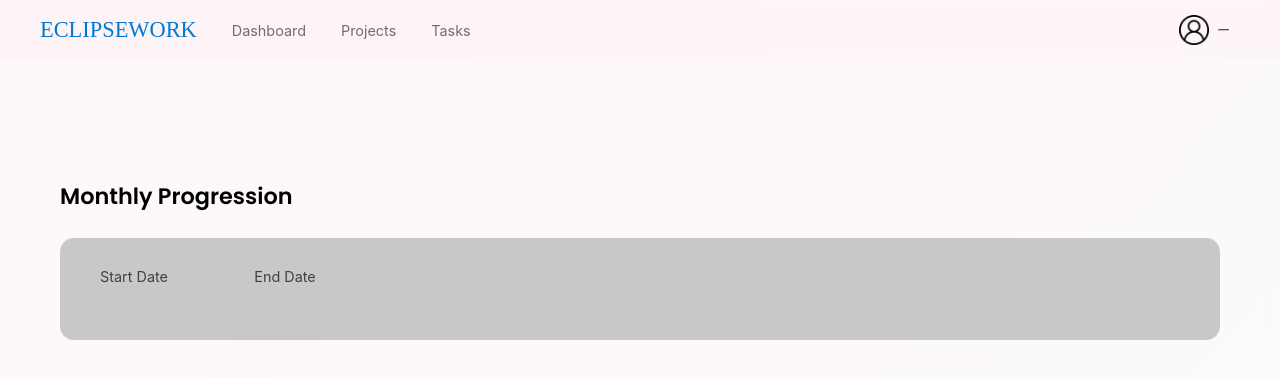
Repository: lynaannou/work-management-app
Page: src/main/resources/ressources/view/workspace.html
The author's editor kept a copy of each file at every save. The page is drawn from the files as they stood at one save, then again after the next save.
The browser window is 1280 px wide. The pictures show the whole page.
Some web fonts or font styles are not loaded; a fallback is used.

Above is the page before, as saved 2025-12-25 00:19:55.

### src/main/resources/ressources/view/workspace.html
<!DOCTYPE html>
<html lang="fr">

<head>
    <meta charset="UTF-8" />
    <meta name="viewport" content="width=device-width, initial-scale=1.0" />
    <title>ECLIPSEWORK</title>
    <link rel="stylesheet" href="workspace.css" />
</head>

<body>

<header>
    <div class="left-zone">
        <h1 class="logo-title">ECLIPSEWORK</h1>

        <nav>
            <a href="#" onclick="goDashboard()">Dashboard</a>
            <a href="#" onclick="projects.html">Projects</a>
            <a href="#" onclick="goTasks()">Tasks</a>
        </nav>
    </div>

    <div class="user-zone" style="cursor: pointer;">
        <img src="user.png" class="user-icon" />
        <span class="user-name">—</span>
    </div>
</header>

<!-- MAIN CONTENT -->
<section class="workspace-container">
    <h2 class="workspace-title">Monthly Progression</h2>

    <div class="chart-container">

        <div class="chart-header">
            <span>Start Date</span>
            <span>End Date</span>
        </div>

        <div class="tasks-list"></div>

    </div>
</section>

<script>
/* =====================================================
   SAFE NAVIGATION (only what exists)
===================================================== */

function goProjects() {
    if (window.java && window.java.goProjects) {
        window.java.goProjects();
    }
}

function goDashboard() {
    console.warn("Dashboard navigation not implemented yet");
}

function goTasks() {
    console.warn("Tasks navigation not implemented yet");
}

/* =====================================================
   MAIN DATA ENTRY POINT (CALLED FROM JAVA)
===================================================== */

function loadDashboard(data) {
    console.log("📊 Dashboard received:", data);

    if (!data || !data.workspace) {
        console.error("Invalid dashboard payload");
        return;
    }

    /* ===============================
       1. USER NAME (LEADER)
    =============================== */
    if (data.leader && data.leader.firstName && data.leader.lastName) {
        document.querySelector(".user-name").textContent =
            data.leader.firstName + " " + data.leader.lastName;
    } else {
        document.querySelector(".user-name").textContent = "User";
    }

    /* ===============================
       2. WORKSPACE TITLE
    =============================== */
    document.querySelector(".workspace-title").textContent =
        "Monthly Progression — " + data.workspace.name;

    /* ===============================
       3. TASKS (PROGRESSION BARS)
    =============================== */
    const tasksList = document.querySelector(".tasks-list");
    tasksList.innerHTML = "";

    if (!data.tasks || data.tasks.length === 0) {
        tasksList.innerHTML = "<p>No tasks available</p>";
        return;
    }

    data.tasks.forEach((task, i) => {
        const row = document.createElement("div");
        row.classList.add("task-row");

        const bar = document.createElement("div");
        bar.classList.add("task-bar");

        bar.textContent = task.title || "Untitled task";

        if (data.startPcts && data.endPcts) {
            bar.style.setProperty("--start", (data.startPcts[i] || 0) + "%");
            bar.style.setProperty("--end", (data.endPcts[i] || 0) + "%");
        }

        row.appendChild(bar);
        tasksList.appendChild(row);
    });

    /* ===============================
       4. TIMELINE DATES
    =============================== */
    const header = document.querySelector(".chart-header");

    const keepStart = header.children[0];
    const keepEnd = header.children[header.children.length - 1];

    while (header.children.length > 2) {
        header.removeChild(header.children[1]);
    }

    if (data.dateLabels && data.dateLabels.length > 0) {
        data.dateLabels.forEach(date => {
            const span = document.createElement("span");
            span.textContent = date;
            header.insertBefore(span, keepEnd);
        });
    }
}
</script>

</body>
</html>

### src/main/resources/ressources/view/workspace.css
@import url('https://fonts.googleapis.com/css2?family=Poppins:wght@300;400;600&display=swap');
@import url('https://fonts.googleapis.com/css2?family=Italiana&display=swap');

body {
    margin: 0;
    font-family: 'Inter', sans-serif;
    color: #fbfafa;
    background: linear-gradient(-47deg, #fbfafa, #fff7f7, #fdffff);
    background-size: 400% 400%;
    animation: gradientMove 15s ease infinite;
}

@keyframes gradientMove {
    0% { background-position: 0% 50%; }
    50% { background-position: 100% 50%; }
    100% { background-position: 0% 50%; }
}

/* ---------------- HEADER ---------------- */

header {
    position: fixed;
    top: 0;
    left: 0;
    width: 100vw;
    height: 60px;
    padding: 0 40px;

    display: flex;
    justify-content: space-between;
    align-items: center;

    background: rgba(252, 233, 245, 0.23);
    backdrop-filter: blur(5px);

    z-index: 100;
}

header .logo-title {
    font-family: 'Italiana', serif;
    font-weight: 400;
    font-size: 1.4rem;
    line-height: 100%;
    color: #0078D4;
}

.left-zone {
    display: flex;
    align-items: center;
    gap: 35px;
}

nav {
    display: flex;
    align-items: center;
    gap: 35px;
}

nav a {
    font-family: 'Inter', sans-serif;
    font-size: 0.9rem;
    text-decoration: none;
    color: #333;
    opacity: 0.7;
    transition: 0.2s;
}

nav a:hover {
    opacity: 1;
}

.user-zone {
    display: flex;
    align-items: center;
    gap: 8px;
    position: relative;
    left: -90px;
}

.user-icon {
    width: 30px;
    height: 30px;
}

.user-name {
    font-family: 'Poppins', sans-serif;
    font-size: 0.9rem;
    color: #000;
    opacity: 0.8;
}

/* ---------------- WORKSPACE ---------------- */

.workspace-container {
    margin-top: 120px;
    padding: 40px 60px;
    color: #000;
}

.workspace-title {
    font-family: 'Poppins', sans-serif;
    font-size: 1.4rem;
    font-weight: 600;
    margin-bottom: 25px;
}

.chart-container {
    background: #b3b3b3b2;
    border-radius: 14px;
    padding: 30px 40px;
}

.chart-header {
    display: grid;
    grid-template-columns: repeat(7, 1fr);
    font-size: 0.9rem;
    color: #333;
    opacity: 0.9;
    margin-bottom: 25px;
}

.tasks-list {
    display: flex;
    flex-direction: column;
    gap: 30px;
}

.task-row {
    position: relative;
    width: 100%;
    height: 25px;
}

.task-bar {
    position: absolute;
    top: 0;
    height: 100%;
    border-radius: 8px;

    background: linear-gradient(to right, #41b36e, #7ddf9e);

    color: white;
    font-size: 0.8rem;
    text-align: center;
    line-height: 25px;

    left: var(--start);
    width: calc(var(--end) - var(--start));
    transition: 0.3s;
}

.task-bar:hover {
    transform: scaleY(1.05);
}

After the next save:
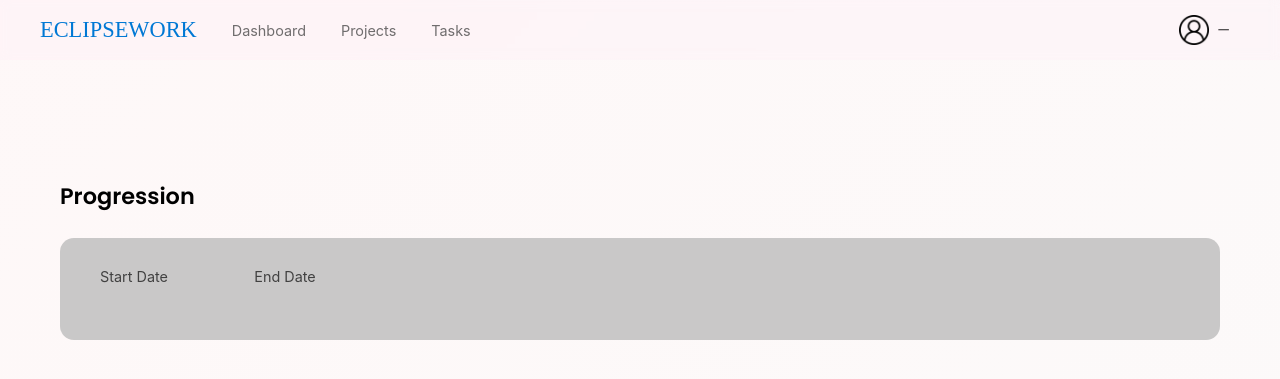
Saved 87 s later.
--- a/src/main/resources/ressources/view/workspace.html
+++ b/src/main/resources/ressources/view/workspace.html
@@ -29,7 +29,7 @@
 
 <!-- MAIN CONTENT -->
 <section class="workspace-container">
-    <h2 class="workspace-title">Monthly Progression</h2>
+    <h2 class="workspace-title">Progression</h2>
 
     <div class="chart-container">
 
